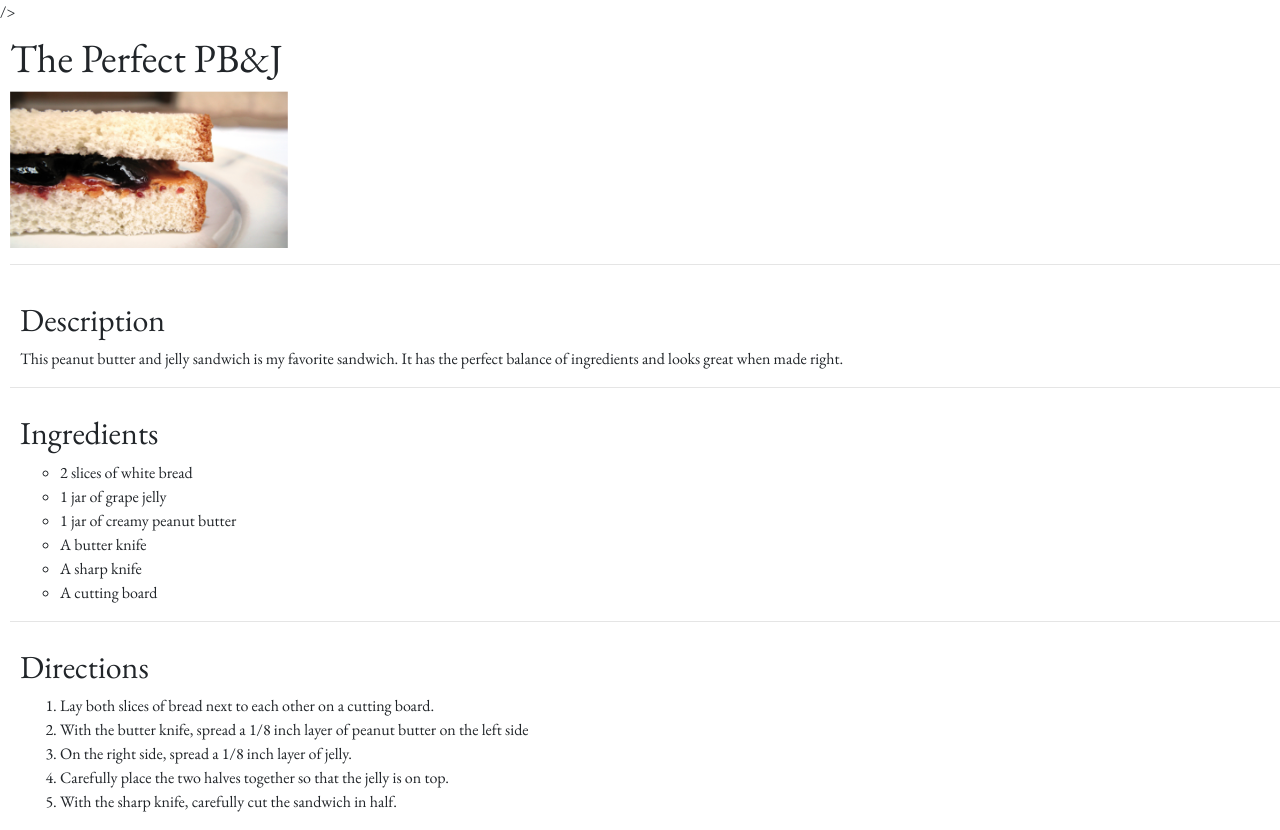
Repository: 9-5-pursuit/lab-intro-to-html
Page: recipe.html
The author's editor kept a copy of each file at every save. The page is drawn from the files as they stood at one save, then again after a run of saves.
The browser window is 1280 px wide. The pictures show the whole page.

Above is the page before, as saved 2023-02-28 09:21:22.

### recipe.html
<!DOCTYPE html>
<html lang="en">
  <head>
    <meta charset="UTF-8" />
    <meta http-equiv="X-UA-Compatible" content="IE=edge" />
    <meta name="viewport" content="width=device-width, initial-scale=1.0" />
    <link
      rel="stylesheet"
      href="https://maxcdn.bootstrapcdn.com/bootstrap/4.0.0/css/bootstrap.min.css"
    />
    <title>The Perfect Sandwich</title>
    <link rel="preconnect" href="https://fonts.googleapis.com" />
    <link rel="preconnect" href="https://fonts.gstatic.com" crossorigin />
    <link
      href="https://fonts.googleapis.com/css2?family=EB+Garamond:ital,wght@0,400;1,700&display=swap"
      rel="stylesheet"
    />
    />
    <style>
      div {
        padding-top: 10px;
        padding-left: 10px;
      }
      body {
        font-family: "EB Garamond", serif;
      }
    </style>
  </head>
  <body>
    <div id="header-inner" class="header-inner">
      <h1>The Perfect PB&J</h1>
      <img
        src="images/pbjSandwich.png"
        class="img-fluid"
        alt="a close-up image of a peanut butter and jelly sandwich"
      />
      <hr />
    </div>
    <div id="content" class="content">
      <div>
        <h2>Description</h2>
        <p>
          This peanut butter and jelly sandwich is my favorite sandwich. It has
          the perfect balance of ingredients and looks great when made right.
        </p>
      </div>
      <hr />
      <div>
        <h2>Ingredients</h2>
        <ul type="circle">
          <li>2 slices of white bread</li>
          <li>1 jar of grape jelly</li>
          <li>1 jar of creamy peanut butter</li>
          <li>A butter knife</li>
          <li>A sharp knife</li>
          <li>A cutting board</li>
        </ul>
      </div>
      <hr />
      <div>
        <h2>Directions</h2>
        <ol>
          <li>
            Lay both slices of bread next to each other on a cutting board.
          </li>
          <li>
            With the butter knife, spread a 1/8 inch layer of peanut butter on
            the left side
          </li>
          <li>On the right side, spread a 1/8 inch layer of jelly.</li>
          <li>
            Carefully place the two halves together so that the jelly is on top.
          </li>
          <li>With the sharp knife, carefully cut the sandwich in half.</li>
        </ol>
      </div>
    </div>
  </body>
</html>

After the next 2 saves:
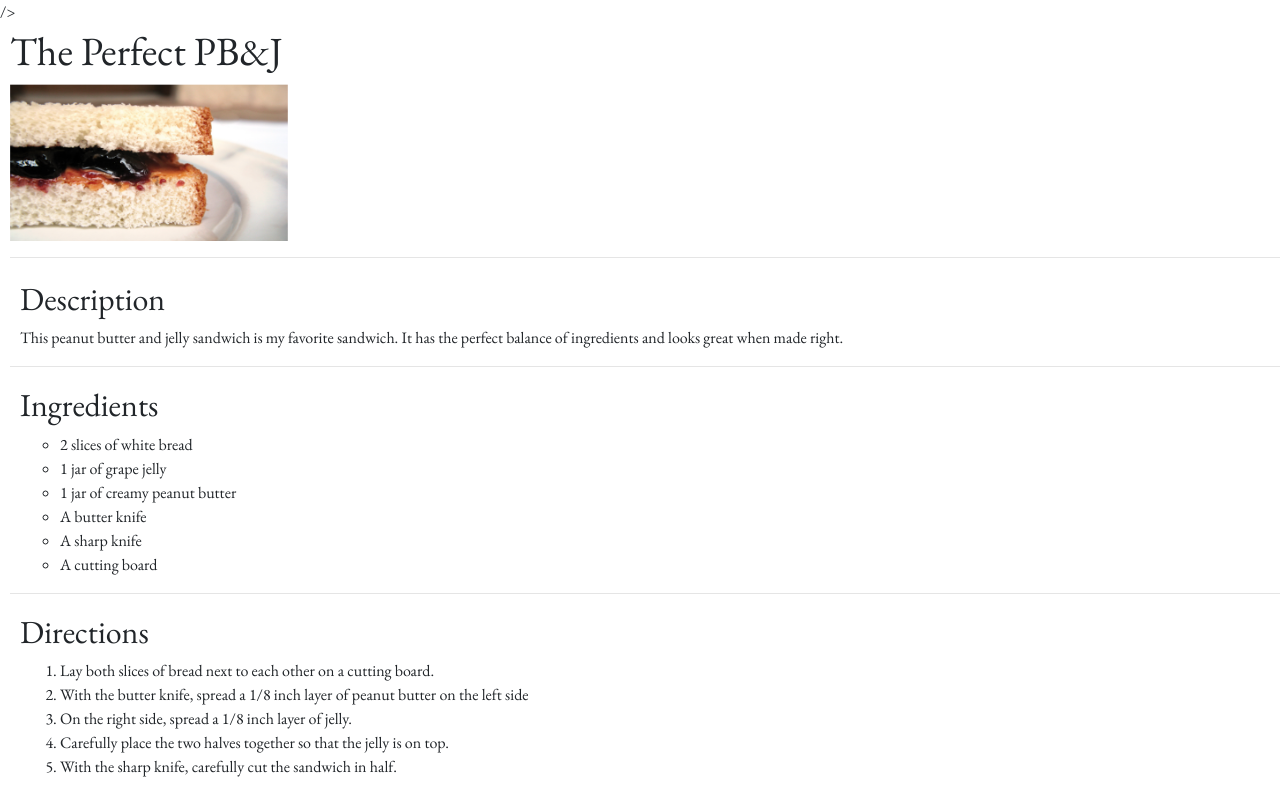
The 2 saves are shown as one change because they came seconds apart.
The last was saved 29 s later.
--- a/recipe.html
+++ b/recipe.html
@@ -18,7 +18,7 @@
     />
     <style>
       div {
-        padding-top: 10px;
+        padding-top: 3px;
         padding-left: 10px;
       }
       body {
